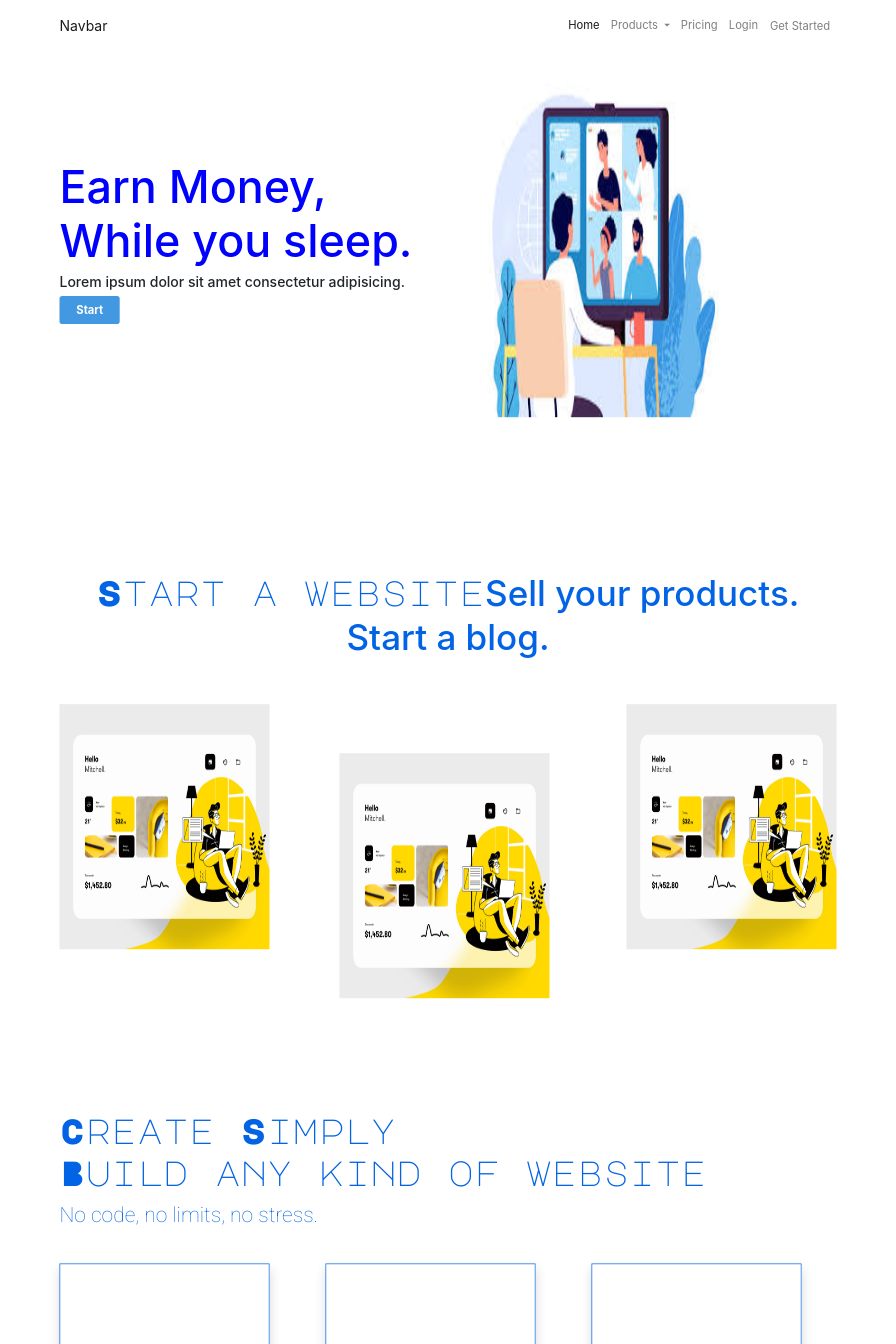
Repository: latenightsnacc/Static-Web-Projects
Page: Dunno Yet/index.html
An editor plug-in stored every save of this project. The page is shown before and after the next save, followed by the edit.
The browser window is 1280 px wide. The pictures show the part of the page from y = 0 to 1920 px (the page is 4769 px tall), at 70% of full size.
The style sheet was rebuilt from its Sass, Less or Tailwind sources for each picture, by a compiler version that may differ from the author's.

Above is the page before, as saved 2020-11-11 11:33:22.

### Dunno Yet/index.html
<!DOCTYPE html>
<html lang="en">
<head>
    <meta charset="UTF-8">
    <meta name="viewport" content="width=device-width, initial-scale=1.0">
    <!--Tailwind CDN-->
    <link rel="stylesheet" href="https://cdnjs.cloudflare.com/ajax/libs/tailwindcss/1.9.6/base.min.css" integrity="sha512-hEjkvMSM0ql6VJcNK0gTmjt9ar8F2yHeBUbJKtyvQhkkbGMhiJ4+MaiB8XxsthLAHJx5vy2I9dN0un8HiWG2LA==" crossorigin="anonymous" />
    <link rel="stylesheet" href="https://cdnjs.cloudflare.com/ajax/libs/tailwindcss/1.9.6/components.min.css" integrity="sha512-TizAONqhvXjEfRPhptSUkZNVU497PzAnXNGNUoeOjeni4dHpJ+ak+ZsyoGna20LH/yg1PvdufN1VbnVQeVDftg==" crossorigin="anonymous" />
    <link rel="stylesheet" href="https://cdnjs.cloudflare.com/ajax/libs/tailwindcss/1.9.6/tailwind.css" integrity="sha512-HY1FOTeAX9idUBWDhVDrBg8QUHBisKVQ4BCVj1jFo5z76mk87w4Rr5YGP8nBkcGmoMzqYvdeXHMOg/olF45z3g==" crossorigin="anonymous" />
    <link rel="stylesheet" href="https://cdnjs.cloudflare.com/ajax/libs/tailwindcss/1.9.6/utilities.min.css" integrity="sha512-0QJfuLKyYJWGB5hKArJW67xqMLDlR8YaLM/ZuW2mRn4NRwHNsGm7UuREc5Fu7jONHyewPKnGODY0N8G+FQbfxg==" crossorigin="anonymous" />
    <!--Bootstrap CDN-->
    <link rel="stylesheet" href="https://cdn.jsdelivr.net/npm/bootstrap@4.5.3/dist/css/bootstrap.min.css" integrity="sha384-TX8t27EcRE3e/ihU7zmQxVncDAy5uIKz4rEkgIXeMed4M0jlfIDPvg6uqKI2xXr2" crossorigin="anonymous">
    <!--Custom Stylesheet-->
    <link rel="stylesheet" href="styles/stylesheet.css">
    <!-- <link rel="stylesheet" href="styles/loader.css"> -->
    <title>Home</title>
</head>
<body>
        <!--PreLoader-->
<div class="loader_bg">
    <div class="loader"></div>
</div>
    <!--Navbar-->
    <nav class="navbar navbar-expand-lg navbar-light  bg-transparent fixed-top p-3 mb-5 bg-white rounded" id="navbar">
        <div class="container">
            <a class="navbar-brand" href="#">Navbar</a>
            <button class="navbar-toggler" type="button" data-toggle="collapse" data-target="#navbarNavDropdown" aria-controls="navbarNavDropdown" aria-expanded="false" aria-label="Toggle navigation">
              <span class="navbar-toggler-icon"></span>
            </button>
            <div class="collapse navbar-collapse" id="navbarNavDropdown">
              <ul class="navbar-nav ml-auto">
                <li class="nav-item active">
                  <a class="nav-link" href="#">Home</a>
                </li>
                <li class="nav-item dropdown">
                    <a class="nav-link dropdown-toggle" href="#" id="navbarDropdownMenuLink" role="button" data-toggle="dropdown" aria-haspopup="true" aria-expanded="false">
                      Products
                    </a>
                    <div class="dropdown-menu" aria-labelledby="navbarDropdownMenuLink">
                      <a class="dropdown-item" href="#">Blog</a>
                      <a class="dropdown-item" href="#">Website</a>
                      <a class="dropdown-item" href="#">E-commerce</a>
                      <a class="dropdown-item" href="#">Domain</a>
                      <a class="dropdown-item" href="#">Hosting</a>
                    </div>
                  </li>
                <li class="nav-item">
                  <a class="nav-link" href="#">Pricing</a>
                </li>
                <li class="nav-item">
                    <a class="nav-link" href="#">Login</a>
                </li>
                <li class="nav-item">
                    <a class="nav-link btn" href="#">Get Started</a>
                </li>
              </ul>
            </div>
        </nav>
    </div>
    <!-- End of Navbar-->


    <!--Banner-->
    <section class="min-h-screen mt-5" id="banner">
        <div class="container">
            <div class="row pt-5">
                <!--Banner Text-->
                <div class="col-xs-12 col-s-12 col-md-6 col-lg-6 col-xl-6">
                    <div class="text-box banner-txt">
                        <h1 class="">Earn Money, <br/> While you sleep.</h1>
                        <h5 class="">Lorem ipsum dolor sit amet consectetur adipisicing.</h5>
                        <button class="bg-blue-500 hover:bg-blue-700 text-white font-bold py-2 px-4 rounded">Start</button>
                    </div>
                </div>
                <!--Banner Image-->
                <div class="col-xs-12 col-s-12 col-md-6 col-lg-6 col-xl-6">
                    <a href="#">
                        <img class="banner-img" src="assets/video-conferencing.jpeg" alt="banner image"/>
                    </a>
                </div>
            </div>
        </div>
    </section>
    <!--End of Banner-->

    <!--Services-->
    <section class="min-h-screen mt-5 mb-5" id="services">
        <div class="container">
            <div class="absolute-box">
                <div class="title-box text-center mb-5">
                    <h2 class="section-title pb-5">Start a website<span class="color">Sell your products.</span><br/><span class="hi">Start a blog.</span> </h2>
                </div>
                <div class="images">
                    <div class="img-1 ">
                        <a href="#">
                            <img src="assets/Template-1.jpg" alt="Build a website" />
                        </a>
                    </div>
                    <div class="img-2 motion-reduce:animate-bounce">
                        <a href="#">
                            <img src="assets/Template-1.jpg" alt="Build a website" />
                        </a>
                    </div>
                    <div class="img-3">
                        <a href="#">
                            <img src="assets/Template-1.jpg" alt="Build a website" />
                        </a>
                    </div>
                </div>
            </div>
        </div>
    </section>
    <!--End of Services-->

    <!--Templates-->
    <section class="min-h-screen mt-5 mb-5" id="templates">
        <div class="container">
            <div class="title-box mb-5">
                <h2 class="section-title">Create Simply <br/>Build any kind of website </h2>
                <p class="span-title">No code, no limits, no stress.</p>
            </div>
            <div class="row">
                <div class="col-xs-12 col-s-12 col-md-6 col-lg-4 col-xl-4">
                    <div class="clear-box"></div>
                </div>
                <div class="col-xs-12 col-s-12 col-md-6 col-lg-4 col-xl-4">
                    <div class="clear-box"></div>
                </div>
                <div class="col-xs-12 col-s-12 col-md-6 col-lg-4 col-xl-4">
                    <div class="clear-box"></div>
                </div>
                <div class="col-xs-12 col-s-12 col-md-6 col-lg-4 col-xl-4 mt-5">
                    <div class="clear-box"></div>
                </div>
                <div class="col-xs-12 col-s-12 col-md-6 col-lg-4 col-xl-4 mt-5">
                    <div class="clear-box"></div>
                </div>
                <div class="col-xs-12 col-s-12 col-md-6 col-lg-4 col-xl-4 mt-5">
                    <div class="clear-box"></div>
                </div>
            </div>
        </div>
    </section>
    <!--End of Themes-->

    <!--Themes-->
    <section class="min-h-screen mt-5 mb-5" id="themes">
        <div class="container">
            <div class="title-box">
                <h2 class="section-title">Stand Out <span class="text-4xl span-title">with our responsive professionally designed themes.</h2>
            </div>
            <div class="row">
                <div class="col-xs-12 col-s-12 col-md-6 col-lg-6 col-xl-6">
                    <div id="clr1" class="text-center mt-5">
                        <div class="row flex-wrap">
                            <div class="col ml-1 mb-5">
                                <div class="clear-box shadow bg-transparent">
                                    <h1>Hi</h1>
                                </div>
                            </div>
                            <div class="col ml-5 mb-5">
                                <div class="clear-box shadow bg-transparent">
                                    <h1>Hi</h1>
                                </div>
                            </div>
                        </div>
                    </div>
                </div>
                <div class="col-xs-12 col-s-12 col-md-6 col-lg-6 col-xl-6">
                    <div class="row flex-wrap">
                        <div class="col-xs-12 col-s-12 col-md-12 col-lg-12 col-xl-12">
                            <div id="clr2" class="mt-5">
                                <div class="clear-box shadow bg-transparent"></div>
                            </div>
                        </div>
                        <div class="col-xs-12 col-s-12 col-md-12 col-lg-12 col-xl-12">
                            <div id="clr3">
                                <div class="clear-box shadow bg-transparent"></div>
                            </div>
                        </div>
                    </div>
                </div>
            </div>
        </div>
    </section>
    <!--End of Themes-->

    <section class="min-h-screen mt-5 mb-5" id="services">
        <div class="container">
            <div class="title-box mb-5">
                <h2 class="section-title">We've got you covered.</h2>
                <p>Your website is just the beginning.</p>
            </div>
            <div class="row">
                <div class="col-xs-12 col-s-12 col-md-6 col-lg-6 col-xl-6 bg-blue-500">
                    <div class="clear-box mt-5 mb-5">
                        <h3 class="text-center pt-5">Real support from real people.</h3>
                    </div>
                </div>
                <div class="col-xs-12 col-s-12 col-md-6 col-lg-6 col-xl-6 bg-yellow-500">
                    <div class="clear-box mt-5 mb-5">
                        <h3 class="text-center pt-5">Domain to suit your needs.</h3>
                    </div>
                </div>
                <div class="col-xs-12 col-s-12 col-md-6 col-lg-6 col-xl-6 bg-red-500">
                    <div class="clear-box mt-5 mb-5">
                        <h3 class="text-center pt-5">Plans for everyone</h3>
                    </div>
                </div>
                <div class="col-xs-12 col-s-12 col-md-6 col-lg-6 col-xl-6 bg-blue-300">
                    <div class="clear-box mt-5 mb-5">
                        <h3 class="text-center pt-5">Security Security Security</h3>
                    </div>
                </div>
            </div>
        </div>
    </section>
    <section class="min-h-screen" id="pricing">
        <div class="container">
            <div class="title-box mb-5">
                <h2 class="section-title">Start Free </h2>
                <h5> Grow at your own pace.</h5>
            </div>
            <div class="row">
                <div class="col-xs-12 col-s-12 col-md-3 col-lg-3 col-xl-3">
                    <div class="max-w-sm rounded overflow-hidden shadow-lg mb-5">
                        <div class="px-6 py-4">
                          <div class="font-bold text-xl mb-2">The Coldest Sunset</div>
                          <p class="text-gray-700 text-base">
                            Lorem ipsum dolor sit amet, consectetur adipisicing elit. Voluptatibus quia, nulla! Maiores et perferendis eaque, exercitationem praesentium nihil.
                          </p>
                        </div>
                        <div class="px-6 pt-4 pb-2">
                          <span class="inline-block bg-gray-200 rounded-full px-3 py-1 text-sm font-semibold text-gray-700 mr-2 mb-2">#photography</span>
                          <span class="inline-block bg-gray-200 rounded-full px-3 py-1 text-sm font-semibold text-gray-700 mr-2 mb-2">#travel</span>
                          <span class="inline-block bg-gray-200 rounded-full px-3 py-1 text-sm font-semibold text-gray-700 mr-2 mb-2">#winter</span>
                        </div>
                      </div>
                </div>
                <div class="col-xs-12 col-s-12 col-md-3 col-lg-3 col-xl-3">
                    <div class="max-w-sm rounded overflow-hidden shadow-md mb-5">
                        <div class="px-6 py-4">
                          <div class="font-bold text-xl mb-2">The Coldest Sunset</div>
                          <p class="text-gray-700 text-base">
                            Lorem ipsum dolor sit amet, consectetur adipisicing elit. Voluptatibus quia, nulla! Maiores et perferendis eaque, exercitationem praesentium nihil.
                          </p>
                        </div>
                        <div class="px-6 pt-4 pb-2">
                          <span class="inline-block bg-gray-200 rounded-full px-3 py-1 text-sm font-semibold text-gray-700 mr-2 mb-2">#photography</span>
                          <span class="inline-block bg-gray-200 rounded-full px-3 py-1 text-sm font-semibold text-gray-700 mr-2 mb-2">#travel</span>
                          <span class="inline-block bg-gray-200 rounded-full px-3 py-1 text-sm font-semibold text-gray-700 mr-2 mb-2">#winter</span>
                        </div>
                      </div>
                </div>
                <div class="col-xs-12 col-s-12 col-md-3 col-lg-3 col-xl-3">
                    <div class="max-w-sm rounded overflow-hidden shadow-md mb-5">
                        <div class="px-6 py-4">
                          <div class="font-bold text-xl mb-2">The Coldest Sunset</div>
                          <p class="text-gray-700 text-base">
                            Lorem ipsum dolor sit amet, consectetur adipisicing elit. Voluptatibus quia, nulla! Maiores et perferendis eaque, exercitationem praesentium nihil.
                          </p>
                        </div>
                        <div class="px-6 pt-4 pb-2">
                          <span class="inline-block bg-gray-200 rounded-full px-3 py-1 text-sm font-semibold text-gray-700 mr-2 mb-2">#photography</span>
                          <span class="inline-block bg-gray-200 rounded-full px-3 py-1 text-sm font-semibold text-gray-700 mr-2 mb-2">#travel</span>
                          <span class="inline-block bg-gray-200 rounded-full px-3 py-1 text-sm font-semibold text-gray-700 mr-2 mb-2">#winter</span>
                        </div>
                      </div>
                </div>
                <div class="col-xs-12 col-s-12 col-md-3 col-lg-3 col-xl-3">
                    <div class="max-w-sm rounded overflow-hidden shadow-md">
                        <div class="px-6 py-4">
                          <div class="font-bold text-xl mb-2">The Coldest Sunset</div>
                          <p class="text-gray-700 text-base">
                            Lorem ipsum dolor sit amet, consectetur adipisicing elit. Voluptatibus quia, nulla! Maiores et perferendis eaque, exercitationem praesentium nihil.
                          </p>
                        </div>
                        <div class="px-6 pt-4 pb-2">
                          <span class="inline-block bg-gray-200 rounded-full px-3 py-1 text-sm font-semibold text-gray-700 mr-2 mb-2">#photography</span>
                          <span class="inline-block bg-gray-200 rounded-full px-3 py-1 text-sm font-semibold text-gray-700 mr-2 mb-2">#travel</span>
                          <span class="inline-block bg-gray-200 rounded-full px-3 py-1 text-sm font-semibold text-gray-700 mr-2 mb-2">#winter</span>
                        </div>
                      </div>
                </div>
            </div>
        </div>
    </section>
    <!--Footer-->
    <div class="footer">
        <div class="container"></div>
    </div>

    <!--Bootstrap Scripts-->
    <script src="https://code.jquery.com/jquery-3.5.1.slim.min.js" integrity="sha384-DfXdz2htPH0lsSSs5nCTpuj/zy4C+OGpamoFVy38MVBnE+IbbVYUew+OrCXaRkfj" crossorigin="anonymous"></script>
    <script src="https://cdn.jsdelivr.net/npm/popper.js@1.16.1/dist/umd/popper.min.js" integrity="sha384-9/reFTGAW83EW2RDu2S0VKaIzap3H66lZH81PoYlFhbGU+6BZp6G7niu735Sk7lN" crossorigin="anonymous"></script>
    <script src="https://cdn.jsdelivr.net/npm/bootstrap@4.5.3/dist/js/bootstrap.min.js" integrity="sha384-w1Q4orYjBQndcko6MimVbzY0tgp4pWB4lZ7lr30WKz0vr/aWKhXdBNmNb5D92v7s" crossorigin="anonymous"></script>

    <script>
        setTimeout(function(){
            $('.loader_bg').fadeToggle();
        }, 2500);
    </script>
</body>
</html>

### Dunno Yet/styles/stylesheet.scss
@import'variables';

*{
    box-sizing: border-box;
    margin: 0;
    padding: 0;
    text-decoration: none;
    list-style: none;
    font-family: -apple-system, BlinkMacSystemFont, 'Segoe UI', Roboto, Oxygen, Ubuntu, Cantarell, 'Open Sans', 'Helvetica Neue', sans-serif;
    button {
        outline: none;
    }
    a {
        text-decoration: none;
        &:hover {
            text-decoration: none;
        }
    }
}

.banner-txt {
    h1 {
        font-size: 64px;
        color: blue;
    }

}
img.banner-img {
    width: 400px;
    height: 500px;
}
.text-box {
    display: flex;
    flex-direction: column;
    height: 100%;
    justify-content: center;
    align-items: flex-start;
}
.section-title {
    font-size: 50px;
    font-family: $font2;
    color: $blue;

}
.span-title {
    font-family: $font3;
    font-size: 30px;
    color: $blue;
}
.absolute-box {
    position: relative;
    .images {
        position: absolute;
        width: 100%;
        height: 100%;

        img {
            width: 300px;
            height: 350px;
        }

        .img-1 {
            position: absolute;
            top: -30px;
            left: 0px;

        }
        .img-2 {
            position: absolute;
            top: 40px;
            left: 400px;

        }
        .img-3 {
            position: absolute;
            top: -30px;
            right: 0px;

        }
    }
}
#clr1 {
    background-color: $blue;
    width: 100%;
    height: 600px;
    border: 1px solid $blue;
    box-shadow: 0 .5rem 1rem rgba(0,0,0,.15)!important;
}
#clr2 {
    background-color: $yellow;
    width: 100%;
    height: 300px;
    border: 1px solid $yellow;
    margin-bottom: 30px;
    box-shadow: 0 .5rem 1rem rgba(0,0,0,.15)!important;
}
#clr3 {
    background-color: $red;
    width: 100%;
    height: 270px;
    border: 1px solid $red;
    box-shadow: 0 .5rem 1rem rgba(0,0,0,.15)!important;
}
.clear-box {
    width: 300px;
    height: 250px;
    border: 1px solid $blue;
    box-shadow: 0 .5rem 1rem rgba(0,0,0,.15)!important;
}

### Dunno Yet/styles/_variables.scss
@import url('https://fonts.googleapis.com/css2?family=Chewy&display=swap');
@import url('https://fonts.googleapis.com/css2?family=Major+Mono+Display&display=swap');
@import url('https://fonts.googleapis.com/css2?family=Roboto:wght@100&display=swap');
$font: -apple-system, BlinkMacSystemFont, 'Segoe UI', Roboto, Oxygen, Ubuntu, Cantarell, 'Open Sans', 'Helvetica Neue', sans-serif;
$FONT1: 'Chewy', cursive;
$font2: 'Major Mono Display', monospace;
$font3: 'Roboto', sans-serif;
$primary: #fff;
$darkB: #02081d;
$lightB: #cce1ea;
$blue: #0263e4;
$red: #ca1b11;
$yellow : yellow;
$dB: #081a5a;

After the next save:
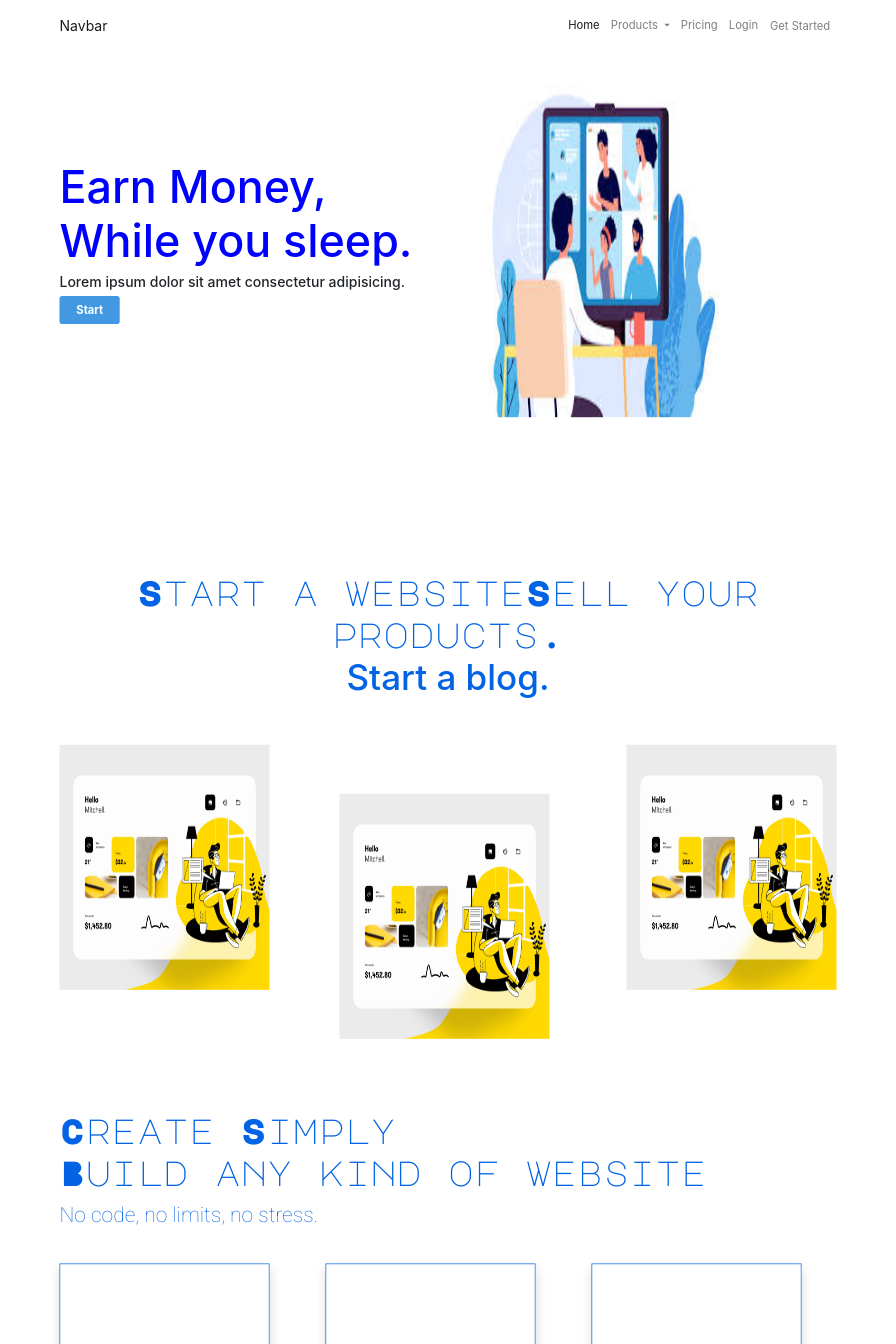
Saved 19 s later.
--- a/Dunno Yet/styles/stylesheet.scss
+++ b/Dunno Yet/styles/stylesheet.scss
@@ -36,7 +36,7 @@ img.banner-img {
     justify-content: center;
     align-items: flex-start;
 }
-.section-title {
+.section-title, span.color {
     font-size: 50px;
     font-family: $font2;
     color: $blue;
